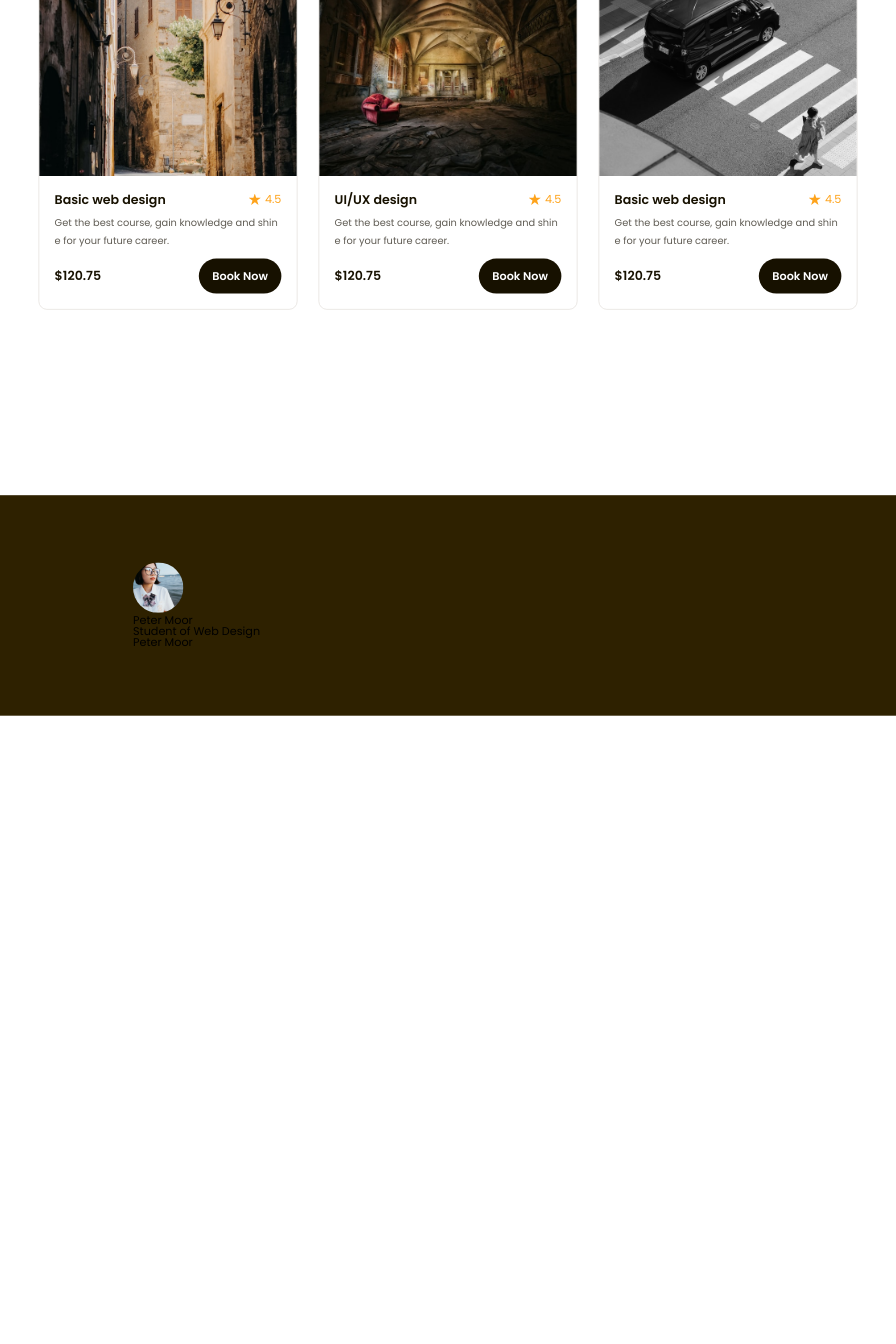
Repository: empty24062002/f8-htmlcss-02-pratice
Page: index.html
The author's editor kept a copy of each file at every save. The page is drawn from the files as they stood at one save, then again after the next save.
The browser window is 1280 px wide. The pictures show the part of the page from y = 1278 to 3198 px (the page is 5187 px tall), at 70% of full size.
A picture or video elsewhere on the page could not be fetched, so the positions and the page height are approximate.

Above is the page before, as saved 2023-07-19 09:21:48.

### index.html
<!DOCTYPE html>
<html lang="en">
    <head>
        <meta charset="UTF-8" />
        <meta name="viewport" content="width=device-width, initial-scale=1.0" />
        <title>F8 Project 02 Practice</title>
        <!-- Reset CSS -->
        <link rel="stylesheet" href="./assets/css/reset.css" />
        <!-- Embed font -->
        <link rel="preconnect" href="https://fonts.googleapis.com" />
        <link rel="preconnect" href="https://fonts.gstatic.com" crossorigin />
        <link
            href="https://fonts.googleapis.com/css2?family=Poppins:wght@400;500;600;700&family=Sen:wght@700&display=swap"
            rel="stylesheet"
        />
        <link rel="stylesheet" href="./assets/css/styles.css" />
    </head>
    <body>
        <!-- Header -->
        <header class="header fixed">
            <div class="main-content">
                <div class="body">
                    <img
                        src="./assets/img/logo.svg"
                        alt="lesson."
                        class="logo"
                    />
                    <!-- nav -->
                    <nav class="nav">
                        <ul>
                            <li class="active">
                                <a href="#!">Home</a>
                            </li>
                            <li>
                                <a href="#!">Courses</a>
                            </li>
                            <li>
                                <a href="#!">Pricing</a>
                            </li>
                            <li>
                                <a href="#!">Reviews</a>
                            </li>
                        </ul>
                    </nav>
                    <!-- Action -->
                    <div class="action">
                        <a href="#!" class="btn sign-up-btn">Sign Up</a>
                    </div>
                </div>
            </div>
        </header>
        <main style="height: 5000px">
            <!-- hero -->
            <div class="hero">
                <div class="main-content">
                    <div class="hero-body">
                        <!-- Hero left -->
                        <div class="media-block">
                            <img
                                src="./assets/img/hero-media.jpg"
                                alt="Learn without limits and spread knowledge."
                                class="img"
                            />
                            <div class="hero-summary">
                                <!-- Item 1 -->
                                <div class="item">
                                    <div class="icon">
                                        <img
                                            src="./assets/icons/icon1.svg"
                                            alt=""
                                        />
                                    </div>
                                    <div class="info">
                                        <p class="lable">20 Courses</p>
                                        <p class="title">UI/UX Design</p>
                                    </div>
                                </div>
                                <!-- Item 2 -->
                                <div class="item">
                                    <div class="icon">
                                        <img
                                            src="./assets/icons/icon2.svg"
                                            alt=""
                                        />
                                    </div>
                                    <div class="info">
                                        <p class="lable">20 Courses</p>
                                        <p class="title">Development</p>
                                    </div>
                                </div>
                                <!-- Item 3 -->
                                <div class="item">
                                    <div class="icon">
                                        <img
                                            src="./assets/icons/icon 3.svg"
                                            alt=""
                                        />
                                    </div>
                                    <div class="info">
                                        <p class="lable">30 Courses</p>
                                        <p class="title">Marketing</p>
                                    </div>
                                </div>
                            </div>
                        </div>
                        <!-- Hero right -->
                        <div class="content-block">
                            <h1 class="heading lv1">
                                Learn without limits and spread knowledge.
                            </h1>
                            <p class="desc">
                                Build new skills for that “this is my year”
                                feeling with courses, certificates, and degrees
                                from world-class universities and companies.
                            </p>
                            <div class="cta-group">
                                <a href="" class="btn cta-btn">See Courses</a>
                                <button class="watch-video">
                                    <div class="icon">
                                        <img
                                            src="./assets/icons/watch-video.svg"
                                            alt=""
                                        />
                                    </div>
                                    <span>Watch video</span>
                                </button>
                            </div>
                            <p class="desc">Recent engagement</p>
                            <p class="desc stats">
                                <strong>50K</strong> Students
                                <strong>70+</strong> Courses
                            </p>
                        </div>
                    </div>
                </div>
            </div>
            <!-- Popular -->
            <div class="popular">
                <div class="main-content">
                    <div class="popular-top">
                        <div class="info">
                            <h2 class="heading lv2">Our popular courses</h2>
                            <p class="desc">
                                Build new skills with new trendy courses and
                                shine for the next future career.
                            </p>
                        </div>
                        <div class="controls">
                            <button class="control-btn">
                                <svg
                                    width="8"
                                    height="14"
                                    viewBox="0 0 8 14"
                                    fill="none"
                                    xmlns="http://www.w3.org/2000/svg"
                                >
                                    <path
                                        d="M7 1L1 7L7 13"
                                        stroke="currentColor"
                                        stroke-linecap="round"
                                        stroke-linejoin="round"
                                    />
                                </svg>
                            </button>
                            <button class="control-btn">
                                <svg
                                    width="8"
                                    height="14"
                                    viewBox="0 0 8 14"
                                    fill="none"
                                    xmlns="http://www.w3.org/2000/svg"
                                >
                                    <path
                                        d="M1 1L7 7L1 13"
                                        stroke="currentColor"
                                        stroke-linecap="round"
                                        stroke-linejoin="round"
                                    />
                                </svg>
                            </button>
                        </div>
                    </div>
                    <div class="course-list">
                        <!-- Course item 1 -->
                        <div class="course-item">
                            <a href="#!">
                                <img
                                    src="./assets/img/popular-1.jpg"
                                    alt=""
                                    class="thumb"
                                />
                            </a>
                            <div class="info">
                                <div class="head">
                                    <h3 class="title">
                                        <a href="" class="line-clamp break-all"
                                            >Basic web design</a
                                        >
                                    </h3>
                                    <div class="rating">
                                        <img
                                            src="./assets/icons/star.svg"
                                            alt=""
                                            class="star"
                                        />
                                        <span class="value">4.5</span>
                                    </div>
                                </div>
                                <p class="desc line-clamp line-2 break-all">
                                    Get the best course, gain knowledge and
                                    shine for your future career.
                                </p>
                                <div class="foot">
                                    <span class="price"> $120.75 </span>
                                    <a href="#!" class="btn book-btn"
                                        >Book Now</a
                                    >
                                </div>
                            </div>
                        </div>
                        <!-- Course item 2 -->
                        <div class="course-item">
                            <a href="#!">
                                <img
                                    src="./assets/img/popular-2.jpg"
                                    alt=""
                                    class="thumb"
                                />
                            </a>
                            <div class="info">
                                <div class="head">
                                    <h3 class="title">
                                        <a
                                            href="#!"
                                            class="line-clamp break-all"
                                            >UI/UX design</a
                                        >
                                    </h3>
                                    <div class="rating">
                                        <img
                                            src="./assets/icons/star.svg"
                                            alt=""
                                            class="star"
                                        />
                                        <span class="value">4.5</span>
                                    </div>
                                </div>
                                <p class="desc line-clamp line-2 break-all">
                                    Get the best course, gain knowledge and
                                    shine for your future career.
                                </p>
                                <div class="foot">
                                    <span class="price"> $120.75 </span>
                                    <a href="#!" class="btn book-btn"
                                        >Book Now</a
                                    >
                                </div>
                            </div>
                        </div>
                        <!-- Course Item 3 -->
                        <div class="course-item">
                            <a href="#!">
                                <img
                                    src="./assets/img/popular-3.jpg"
                                    alt=""
                                    class="thumb"
                                />
                            </a>
                            <div class="info">
                                <div class="head">
                                    <h3 class="title">
                                        <a
                                            href="#!"
                                            class="line-clamp break-all"
                                            >Basic web design</a
                                        >
                                    </h3>
                                    <div class="rating">
                                        <img
                                            src="./assets/icons/star.svg"
                                            alt=""
                                            class="star"
                                        />
                                        <span class="value">4.5</span>
                                    </div>
                                </div>
                                <p class="desc line-clamp line-2 break-all">
                                    Get the best course, gain knowledge and
                                    shine for your future career.
                                </p>
                                <div class="foot">
                                    <span class="price"> $120.75 </span>
                                    <a href="#!" class="btn book-btn"
                                        >Book Now</a
                                    >
                                </div>
                            </div>
                        </div>
                    </div>
                </div>
            </div>
            <!-- Feedback -->
            <div class="feedback">
                <div class="main-content">
                    <div class="feedback-list">
                        <div class="feedback-item">
                            <div class="info">
                                <img
                                    src="./assets/img/avatar.jpg"
                                    alt="Peter Moor"
                                    class="avatar"
                                />
                                <p class="title">Peter Moor</p>
                                <p class="desc">Student of Web Design</p>
                                <div class="dots">
                                    <span class="dot">Peter Moor</span>
                                    <span class="dot"></span>
                                    <span class="dot"></span>
                                </div>
                            </div>
                        </div>
                    </div>
                </div>
            </div>
        </main>
    </body>
</html>

### assets/css/styles.css
* {
    box-sizing: border-box;
}

:root {
    --font-heading: Sen, sans-serif;
    --primary-color: #ffb900;
    --secondary-color: #171100;
}

html {
    font-size: 62.5%;
}

body {
    font-size: 1.6rem;
    font-family: "Poppins", sans-serif;
}

/* Common */
a {
    text-decoration: none;
}

.main-content {
    width: 1170px;
    max-width: calc(100% - 48px);
    margin-left: auto;
    margin-right: auto;
}

.btn {
    display: inline-block;
    width: 118px;
    line-height: 50px;
    font-size: 1.6rem;
    font-weight: 600;
    text-align: center;
    color: #ffffff;
    background: var(--secondary-color);
    border-radius: 999px;
}

.btn:hover {
    opacity: 0.9;
    cursor: pointer;
}

.heading {
    color: var(--secondary-color);
    font-family: var(--font-heading);
    font-size: 5.8rem;
    letter-spacing: -0.02em;
}

.heading.lv1 {
    font-weight: 700;
    line-height: 1.17;
}
.heading.lv2 {
    font-size: 3.8rem;
    line-height: 1.26;
}

.line-clamp {
    display: -webkit-box;
    -webkit-line-clamp: var(--line-clamp, 1);
    -webkit-box-orient: vertical;
    overflow: hidden;
}

.line-clamp.line-2 {
    --line-clamp: 2;
}

.break-all {
    word-break: break-all;
}

/* Header */
.header {
    padding: 56px 0 65px;
    background: #fffcf4;
}

.header.fixed {
    position: sticky;
    margin-top: -28px;
}

.header .body {
    display: flex;
    align-items: center;
    padding: 36px 0 8px;
}

.nav {
    margin-left: auto;
}

.nav ul {
    display: flex;
}

.nav a {
    position: relative;
    padding: 8px 21px;
    font-size: 1.6rem;
    font-weight: 400;
    color: var(--secondary-color);
}

.nav a:hover,
.nav li.active a {
    text-shadow: 1px 0 0 currentColor;
    color: var(--secondary-color);
}

.nav li.active a::after {
    position: absolute;
    left: 21px;
    bottom: 6px;
    content: "";
    display: block;
    width: 12px;
    height: 2px;
    border-radius: 1px;
    background-color: var(--secondary-color);
}

.header .sign-up-btn {
    min-width: 144px;
    border-radius: 25px;
}

.header .action {
    margin-left: 49px;
}

/* Hero */
.hero {
    background: #fffcf4;
    padding-top: 64px 0 65px;
}

.hero .hero-body {
    display: flex;
}

/* hero left */
.hero .media-block {
    width: 48%;
    position: relative;
}

.hero .media-block .img {
    width: 470px;
    height: 685px;
    object-fit: cover;
    border-radius: 20px;
    vertical-align: bottom;
}

.hero-summary {
    position: absolute;
    padding: 24px 28px;
    bottom: 48px;
    right: 0;
    width: 270px;
    border-radius: 12px;
    background-color: #ffffff;
    box-shadow: 0px 16px 32px 0px #0000000d;
}

.hero-summary .item {
    display: flex;
    align-items: center;
}

.hero-summary .item + .item {
    margin-top: 22px;
}

.hero-summary .icon {
    display: flex;
    align-items: center;
    justify-content: center;
    width: 48px;
    height: 48px;
    background-color: #fff9e8;
    border-radius: 50%;
}

.hero-summary .item:nth-of-type(2) .icon {
    background: #fcefff;
}
.hero-summary .item:nth-of-type(3) .icon {
    background: #ebeaff;
}

.hero-summary .info {
    margin-left: 16px;
}

.hero-summary .lable {
    color: #5f5b53;
    font-size: 1.4rem;
    font-weight: 400;
    line-height: 1.85;
}

.hero-summary .title {
    color: var(--secondary-color);
    font-size: 1.8rem;
    font-weight: 600;
    line-height: 1.66;
}
/* Hero right */
.hero .content-block {
    width: 52%;
    padding: 64px 0 0 130px;
}

.hero .desc {
    margin-top: 22px;
    color: #5f5b53;
    font-size: 1.8rem;
    font-weight: 400;
    line-height: 1.66;
}

.hero .cta-group {
    display: flex;
    align-items: center;
    margin: 38px 0 48px;
}

.hero .cta-btn {
    min-width: 180px;
    line-height: 64px;
    background-color: var(--primary-color);
}

.hero .watch-video {
    display: flex;
    justify-content: center;
    align-items: center;
    margin-left: 28px;
    border: none;
    background-color: transparent;
}

.hero .watch-video .icon {
    display: flex;
    align-items: center;
    justify-content: center;
    width: 40px;
    height: 40px;
    border-radius: 50%;
    background-color: #ffffff;
    box-shadow: 0px 8px 16px 0px #00000012;
}

.hero .watch-video span {
    margin-left: 14px;
    color: var(--secondary-color);
    font-size: 1.8rem;
    font-weight: 600;
    line-height: 1.66;
}

.hero .stats {
    margin: 8px 0 0 -28px;
}

.hero .stats strong {
    padding: 0 8px 0 28px;
    color: var(--secondary-color);
    font-family: var(--font-heading);
    font-size: 4.4rem;
    font-weight: 700;
    line-height: 1.22;
}
/* Popular */
.popular {
    padding: 65px 0;
    margin-top: 135px;
}

.popular-top {
    display: flex;
    justify-content: space-between;
    align-items: center;
}

.popular-top .desc {
    width: 458px;
    margin-top: 16px;
    color: #5f5b53;
    font-size: 1.8rem;
    font-weight: 400;
    line-height: 1.66;
}

.popular-top .controls {
    display: flex;
    gap: 18px;
}

.popular-top .control-btn {
    display: flex;
    justify-content: center;
    align-items: center;
    width: 40px;
    height: 40px;
    color: var(--primary-color);
    border: 1px solid var(--primary-color);
    border-radius: 50%;
    background-color: transparent;
    cursor: pointer;
}

.popular-top .control-btn:hover {
    color: #fff9e8;
    background-color: var(--primary-color);
}

.popular .course-list {
    display: flex;
    gap: 30px;
    margin-top: 55px;
}

.popular .course-item {
    flex: 1;
    width: 370px;
    background-color: #ffffff;
    border: 1px solid #e2dfda;
    border-radius: 12px;
}

.popular .course-item:hover {
    border-color: transparent;
    box-shadow: 0px 18px 36px 0px #0000000d;
}

.popular .course-item .thumb {
    width: 100%;
    height: 278px;
    object-fit: cover;
    border-radius: 12px 12px 0px 0px;
}
.popular .course-item .info {
    padding: 16px 22px 22px;
}

.popular .course-item .rating,
.popular .course-item .foot,
.popular .course-item .head {
    display: flex;
    align-items: center;
    justify-content: space-between;
}

.popular .course-item .title a {
    padding-right: 6px;
    color: var(--secondary-color);
    font-size: 1.8rem;
    font-weight: 600;
    line-height: 1.66;
}

.popular .course-item .value {
    margin-left: 6px;
    color: #fea31b;
    font-size: 1.6rem;
    font-weight: 400;
}

.popular .course-item .desc {
    margin-top: 6px;
    color: #5f5b53;
    font-size: 1.4rem;
    font-weight: 400;
    line-height: 1.85; /* 185.714% */
}

.popular .course-item .price {
    color: #171100;
    font-size: 1.8rem;
    font-weight: 600;
    line-height: 1.66;
}

.popular .course-item .foot {
    margin-top: 12px;
}

.popular .course-item .book-btn {
    border: none;
}

.popular .course-item .book-btn:hover {
    background-color: var(--primary-color);
}

/* Feedback */
.feedback {
    margin-top: 200px;
    background-color: #2e2100;
}

.feedback .feedback-item {
    padding: 96px 135px;
}

.feedback-item .avatar {
    width: 72px;
    height: 72px;
    object-fit: cover;
    border-radius: 50%;
}

.feedback-item .;

Loaded but not shown: assets/css/reset.css (common file)

After the next save:
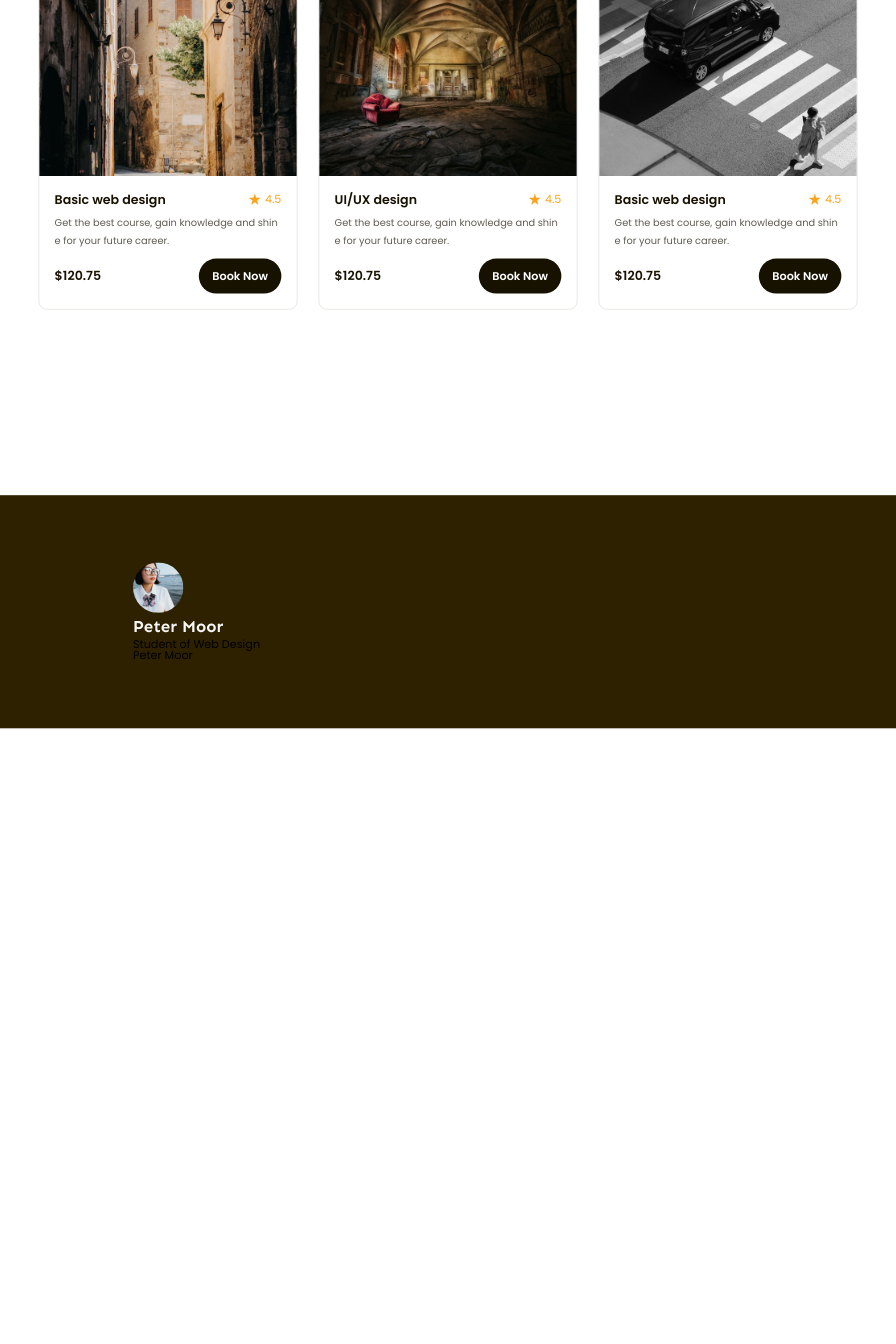
Saved 65 s later.
--- a/assets/css/styles.css
+++ b/assets/css/styles.css
@@ -421,4 +421,10 @@ a {
     border-radius: 50%;
 }
 
-.feedback-item .;
+.feedback-item .title {
+    color: #f7f7f7;
+    font-family: var(--font-heading);
+    font-size: 2.4rem;
+    font-weight: 700;
+    line-height: 1.41; /* 141.667% */
+}
